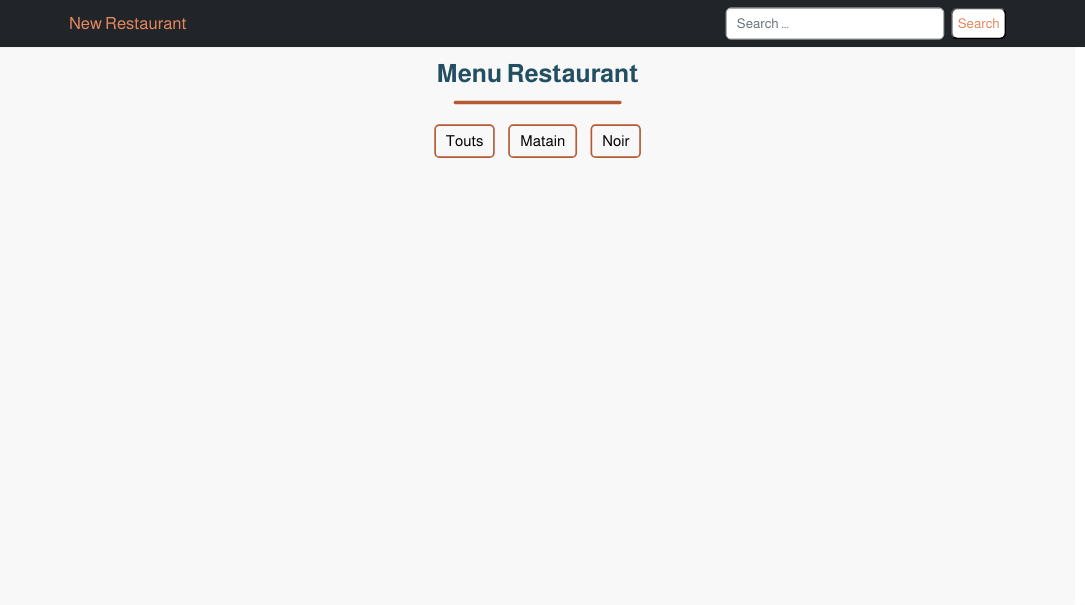
Repository: SD-Mdouka/react-table
Page: /
The author's editor kept a copy of each file at every save. The page is drawn from the files as they stood at one save, then again after the next save.
The browser window is 1280 px wide. The page is 1292 px wide, so the pictures cover 1292 px, including what lies to the right of the window. The pictures show the whole page, at 84% of full size.
The project was rebuilt for these pictures with package versions that can differ from the ones it lists, and the page was loaded fresh each time.

Above is the page before, as saved 2022-10-11 14:11:17.

### public/index.html
<!DOCTYPE html>
<html lang="en">

<head>
    <meta charset="utf-8" />
    <link rel="icon" href="%PUBLIC_URL%/favicon.ico" />
    <meta name="viewport" content="width=device-width, initial-scale=1" />
    <meta name="theme-color" content="#000000" />
    <meta name="description" content="Web site created using create-react-app" />
    <link rel="apple-touch-icon" href="%PUBLIC_URL%/logo192.png" />
    <!--
      manifest.json provides metadata used when your web app is installed on a
      user's mobile device or desktop. See https://developers.google.com/web/fundamentals/web-app-manifest/
    -->
    <link rel="manifest" href="%PUBLIC_URL%/manifest.json" />
    <link rel="preconnect" href="https://fonts.googleapis.com" />
    <link rel="preconnect" href="https://fonts.gstatic.com" crossorigin />
    <link href="https://fonts.googleapis.com/css2?family=Almarai:wght@300;400;700;800&family=Cairo:wght@300&display=swap" rel="stylesheet" />

    <link rel="stylesheet" href="https://cdn.jsdelivr.net/npm/bootstrap@5.2.0-beta1/dist/css/bootstrap.min.css" integrity="sha384-0evHe/X+R7YkIZDRvuzKMRqM+OrBnVFBL6DOitfPri4tjfHxaWutUpFmBp4vmVor" crossorigin="anonymous" />
    <title>React App</title>
</head>

<body>
    <noscript>You need to enable JavaScript to run this app.</noscript>
    <div id="root"></div>
    <!--
      This HTML file is a template.
      If you open it directly in the browser, you will see an empty page.

      You can add webfonts, meta tags, or analytics to this file.
      The build step will place the bundled scripts into the <body> tag.

      To begin the development, run `npm start` or `yarn start`.
      To create a production bundle, use `npm run build` or `yarn build`.
    -->
</body>

</html>

### src/App.tsx
import React, { useState } from "react";
import { Container } from "react-bootstrap";
import "./App.css";
import NavBar from "./components/Navbar";
import Header from "./components/Header";
import Category from "./components/Category";
import ItemsList from "./components/ItemsList";
import { ListProduct } from "./components/data";

const App = () => {
  const [ItemData, setItemData] = useState(ListProduct);
  return (
    <div className="color-body font">
      <NavBar />
      <Container>
        <Header />
        <Category />
        {/* <ItemsList ItemProduct={ItemData} /> */}
      </Container>
    </div>
  );
};

export default App;

### src/App.css
.color-body {
    background-color: #f8f8f8;
    height: 100vh;
}

.font {
    font-family: "Almarai", sans-serif;
}

.title {
    color: #224f61;
    font-family: Almarai;
    font-size: 30px;
    font-weight: bold;
    letter-spacing: 0;
    line-height: 64px;
}

.underline {
    height: 1px;
    width: 200px;
    border-radius: 10px;
    border: 2px solid #b45b35;
    background-color: #e4865d;
}

.btn {
    color: black !important;
    font-family: Almarai !important;
    font-size: 18px !important;
    letter-spacing: 0 !important;
    line-height: 24px !important;
    border: 2px solid #b45b35 !important;
}

.btn:hover {
    color: #fff !important;
    font-family: Almarai !important;
    font-size: 18px !important;
    font-weight: bold !important;
    letter-spacing: 0 !important;
    line-height: 24px !important;
    border-radius: 11px !important;
    border: none !important;
    background: #e4865d !important;
    -webkit-border-radius: 11px !important;
    -moz-border-radius: 11px !important;
    -ms-border-radius: 11px !important;
    -o-border-radius: 11px !important;
    transition: all 1s;
    -webkit-transition: all 1s;
    -moz-transition: all 1s;
    -ms-transition: all 1s;
    -o-transition: all 1s;
}

.img-item {
    height: 200px !important;
    width: 252px !important;
    border-radius: 5px;
}

.item-description {
    color: #8c8c8c;
    font-family: Almarai;
    font-size: 16px;
    letter-spacing: 0;
    line-height: 20px;
}

.item-title {
    color: #555555;
    font-family: Almarai;
    font-size: 16px;
    font-weight: bold;
    letter-spacing: 0;
    line-height: 20px;
}

.card-color {
    background-color: #f8f8f8;
}

.item-price {
    color: #e4865d;
    font-family: Almarai;
    font-size: 16px;
    font-weight: bold;
    letter-spacing: 0;
    line-height: 20px;
}

.btn-search {
    color: #e4865d;
    border-radius: 3px solid #e4865d;
    border-radius: 8px;
    background-color: white;
    -webkit-border-radius: 3px solid #e4865d;
    -moz-border-radius: 3px solid #e4865d;
    -ms-border-radius: 3px solid #e4865d;
    -o-border-radius: 3px solid #e4865d;
}

.btn-search:hover {
    color: white;
    border-radius: 3px solid white;
    background-color: #e4865d;
    border-radius: 8px;
    -webkit-border-radius: 3px solid white;
    -moz-border-radius: 3px solid white;
    -ms-border-radius: 3px solid white;
    -o-border-radius: 3px solid white;
}

.brand-color {
    color: #e4865d;
}

### src/components/Navbar.tsx
import { Container, Navbar, Row, Nav, Form } from "react-bootstrap";

const NavBar = () => {
  return (
    <Row>
      <Navbar bg="dark" variant="dark">
        <Container>
          <Navbar.Brand href="#">
            <div className="brand-color">New Restaurant</div>
          </Navbar.Brand>
          <Navbar.Toggle aria-controls="navbarScroll" />
          <Navbar.Collapse id="navbarScroll">
            <Nav
              className="me-auto my-2 my-lg-0"
              style={{ maxHeight: "100px" }}
              navbarScroll
            ></Nav>
            <Form className="d-flex">
              <Form.Control
                type="text"
                placeholder="Search ..."
                className="mx-2"
              />
              <button className="btn-search">Search</button>
            </Form>
          </Navbar.Collapse>
        </Container>
      </Navbar>
    </Row>
  );
};

export default NavBar;

### src/components/Header.tsx
import { Row, Col } from "react-bootstrap";

const Header = () => {
  return (
    <Row>
      <Col sm="12" className="justify-content-center text-center">
        <div className="title">Menu Restaurant</div>
        <div className="justify-content-center d-flex">
          <p className="underline"></p>
        </div>
      </Col>
    </Row>
  );
};

export default Header;

### src/components/Category.tsx
import { Row, Col } from "react-bootstrap";

const Category = () => {
  return (
    <Row className="my-2 mb-5">
      <Col sm="12" className="d-flex justify-content-center">
        <div>
          <button className="btn mx-2">Touts</button>
          <button className="btn mx-2">Matain</button>
          <button className="btn mx-2">Noir</button>
        </div>
      </Col>
    </Row>
  );
};

export default Category;

### src/components/data.tsx
type Product = {
  id: number;
  title: string;
  description: string;
  price: string;
  category: string;
  imgUrl: string;
}[];

export const ListProduct: Product = [
  {
    id: Math.random(),
    title: "DeJoneer, Diner",
    description:
      "Satisfaction, Place Assisis, X-Personis Handicapes,Service de Table",
    price: "120 DH",
    category: "Meal Breakfast",
    imgUrl: "ra68-TACOS-DE-LILLE-food.jpg",
  },
  {
    id: Math.random(),
    title: "DeJoneer, Diner",
    description:
      "Satisfaction, Place Assisis, X-Personis Handicapes,Service de Table",
    price: "120 DH",
    category: "Meal Lunch",
    imgUrl: "ra68-TACOS-DE-LILLE-food.jpg",
  },
  {
    id: Math.random(),
    title: "DeJoneer, Diner",
    description:
      "Satisfaction, Place Assisis, X-Personis Handicapes,Service de Table",
    price: "120 DH",
    category: "Meal Dinner",
    imgUrl: "ra68-TACOS-DE-LILLE-food.jpg",
  },
  {
    id: Math.random(),
    title: "DeJoneer, Diner",
    description:
      "Satisfaction, Place Assisis, X-Personis Handicapes,Service de Table",
    price: "120 DH",
    category: "Meal Breakfast",
    imgUrl: "ra68-TACOS-DE-LILLE-food.jpg",
  },
  {
    id: Math.random(),
    title: "DeJoneer, Diner",
    description:
      "Satisfaction, Place Assisis, X-Personis Handicapes,Service de Table",
    price: "120 DH",
    category: "Meal Dinner",
    imgUrl: "ra68-TACOS-DE-LILLE-food.jpg",
  },
];

### src/components/ItemsList.tsx
import { Row, Col, Card } from "react-bootstrap";
interface Product {
  imgUrl: string;
  title: string;
  price: string;
  description: string;

  ItemProduct: [{}];
}
const ItemsList: React.FC<Product> = ({ ItemProduct }) => {
  return (
    <Row className="">
      {ItemProduct.map((item) => {
        return (
          <Col sm="12" className="mb-3">
            <Card
              className="d-flex flex-row"
              style={{ backgroundColor: "#f8f8f8" }}
            >
              <Card.Img className="img-item" variant="top" src={item.imgUrl} />
              <Card.Body>
                <Card.Title className="d-flex justify-content-between">
                  <div className="item-title">{item.title}</div>
                  <div className="item-price">{item.price}</div>
                </Card.Title>
                <Card.Text className="py-2">
                  <div className="item-description">{item.description}</div>
                </Card.Text>
              </Card.Body>
            </Card>
          </Col>
        );
      })}
    </Row>
  );
};

export default ItemsList;

Loaded but not shown: src/index.tsx (common file); src/index.css (common file); src/reportWebVitals.ts (common file)

After the next save:
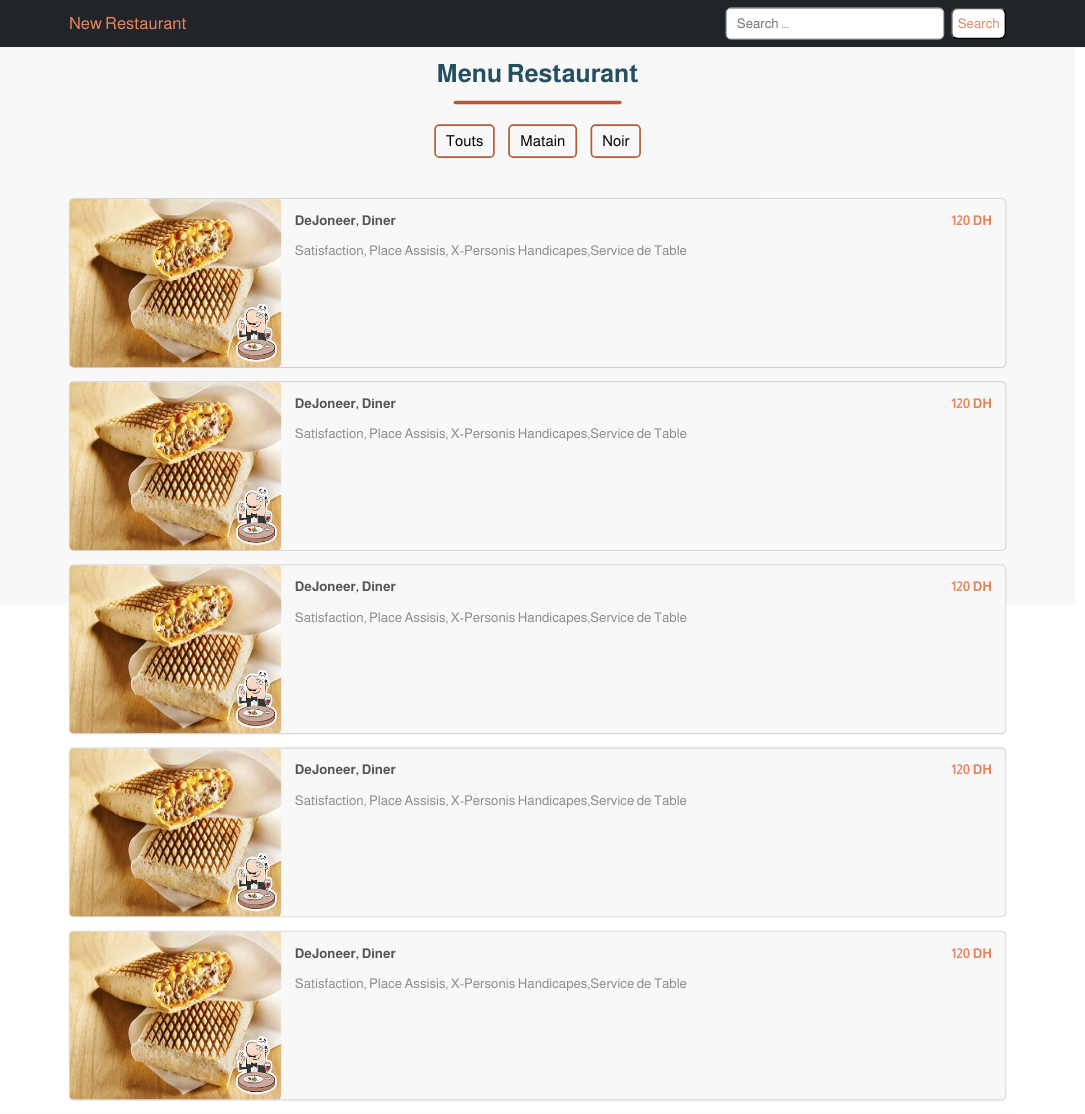
Saved 36 s later.
--- a/src/App.tsx
+++ b/src/App.tsx
@@ -15,7 +15,7 @@ const App = () => {
       <Container>
         <Header />
         <Category />
-        {/* <ItemsList ItemProduct={ItemData} /> */}
+        <ItemsList ItemProduct={ItemData} />
       </Container>
     </div>
   );
